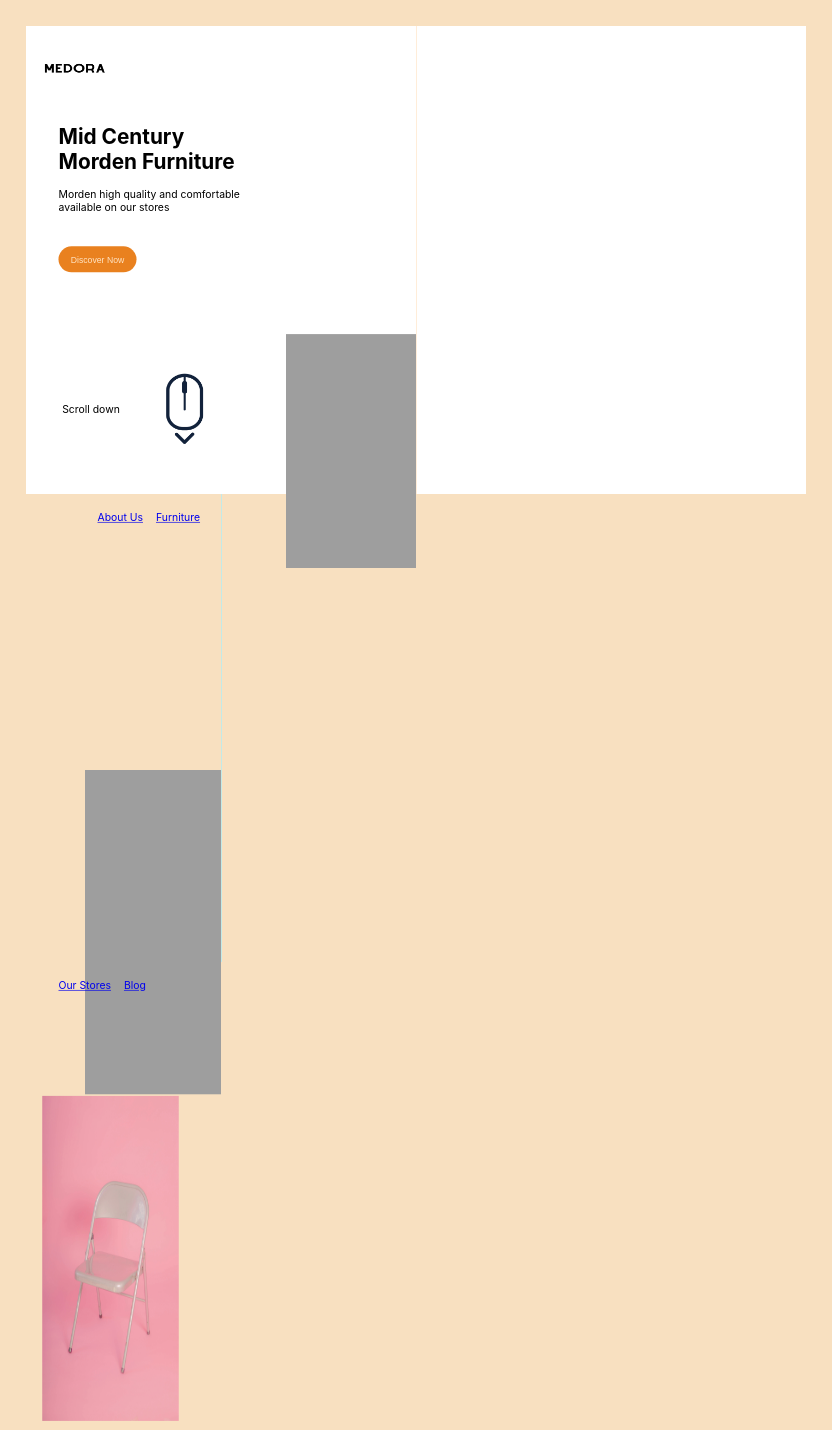
Repository: SbuKhoza/medora
Page: /
These files come from the project's save history. The page is drawn as it stood at one moment and after the next save; the edit follows.
The browser window is 1280 px wide. The pictures show the whole page, at 65% of full size.
Pictures or frames that could not be fetched are drawn as grey boxes. The project was rebuilt for these pictures with package versions that can differ from the ones it lists, and the page was loaded fresh each time.

Above is the page before, as saved 2024-07-12 09:01:49.

After the next save:
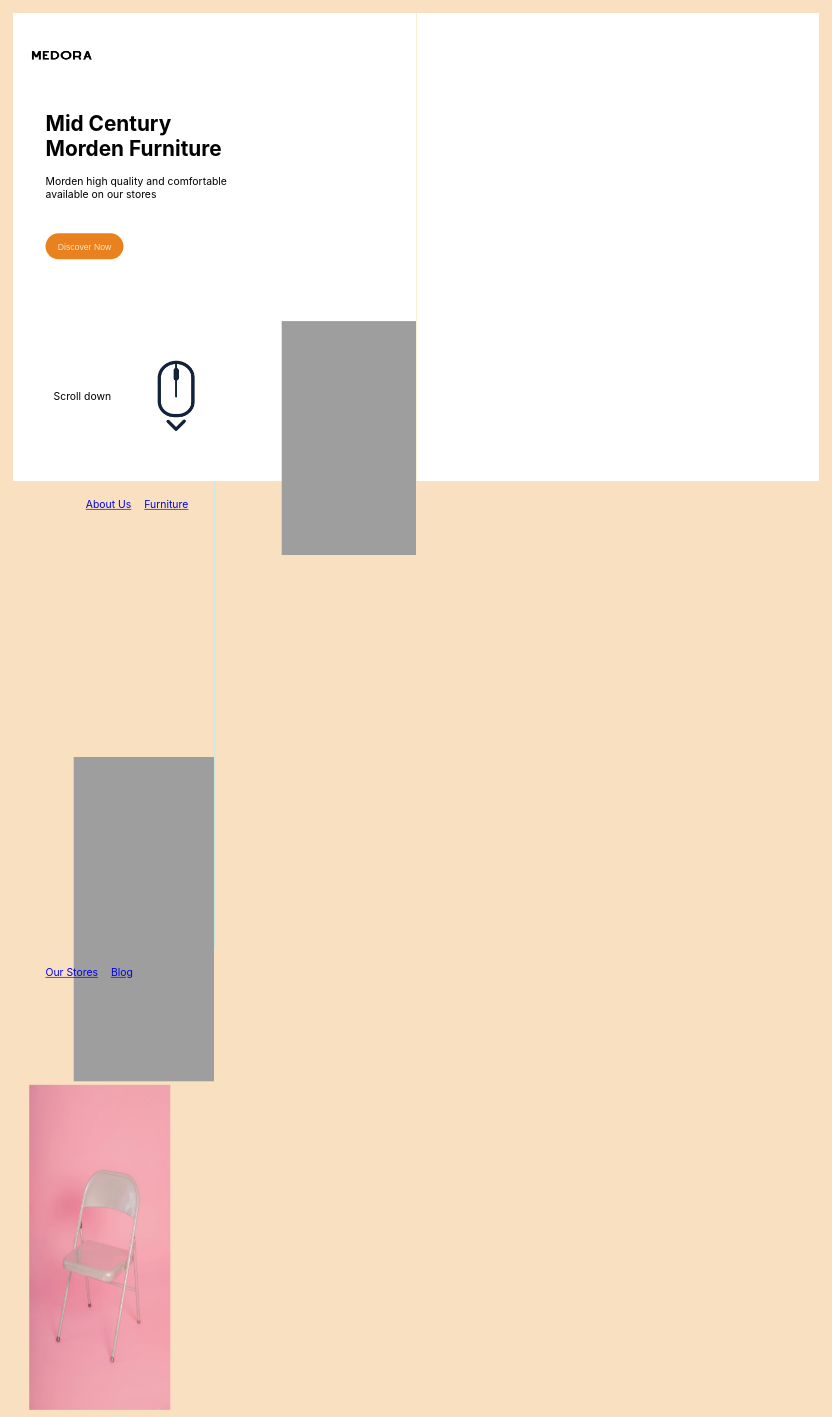
Saved 27 s later.
--- a/src/App.css
+++ b/src/App.css
@@ -5,7 +5,7 @@ body {
 .container {
   display: flex;
   height: 100vh;
-  margin: 40px;
+  margin: 20px;
   background-color: rgb(255, 255, 255);
 
 }
